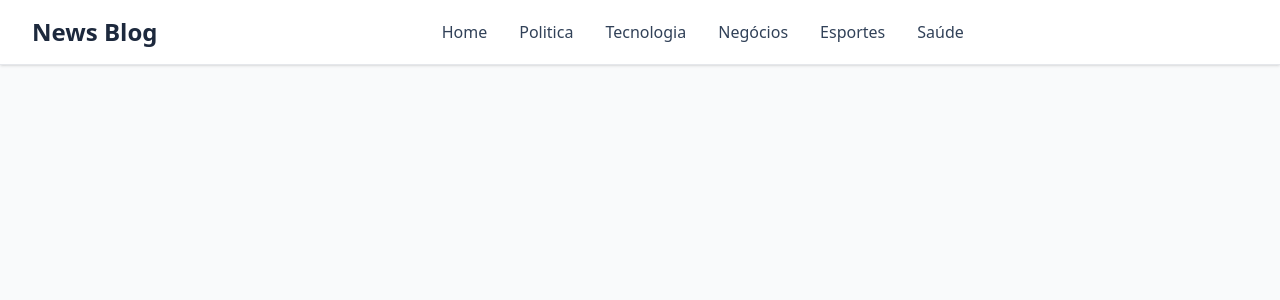
Repository: estevam02009/news-blog
Page: /
An editor plug-in stored every save of this project. The page is shown before and after the next save, followed by the edit.
The browser window is 1280 px wide. The pictures show the whole page.
The project was rebuilt for these pictures with package versions that can differ from the ones it lists, and the page was loaded fresh each time. Also part of the build but not shown: vite.config.ts.

Above is the page before, as saved 2025-08-08 16:57:51.

After the next save:
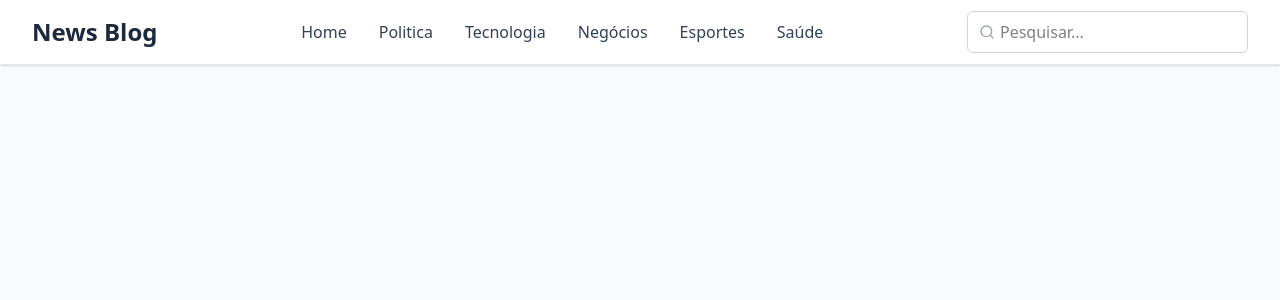
Saved 2 min 27 s later.
--- a/src/components/Header.tsx
+++ b/src/components/Header.tsx
@@ -1,5 +1,5 @@
 import React from 'react'
-// import { Search, Menu, Bell, User } from 'lucide-react'
+import { Search, Menu, Bell, User } from 'lucide-react'
 
 const Header: React.FC = () => {
     return (
@@ -22,7 +22,16 @@ const Header: React.FC = () => {
                     </nav>
 
                     {/* Pesquisa e Ações */}
-                    <div className='flex items-center space-x-4'></div>
+                    <div className='flex items-center space-x-4'>
+                        <div className='relative hidden sm:block'>
+                            <Search className='absolute top-1/2 left-3 transform -translate-y-1/2  h-4 w-4 text-gray-400' />
+                            <input
+                                type='text'
+                                placeholder='Pesquisar...'
+                                className='pl-8 pr-4 py-2 border border-slate-300 rounded-md focus:outline-none focus:ring-2 focus:ring-blue-500'
+                            />
+                        </div>
+                    </div>
                 </div>
             </div>
         </header>
